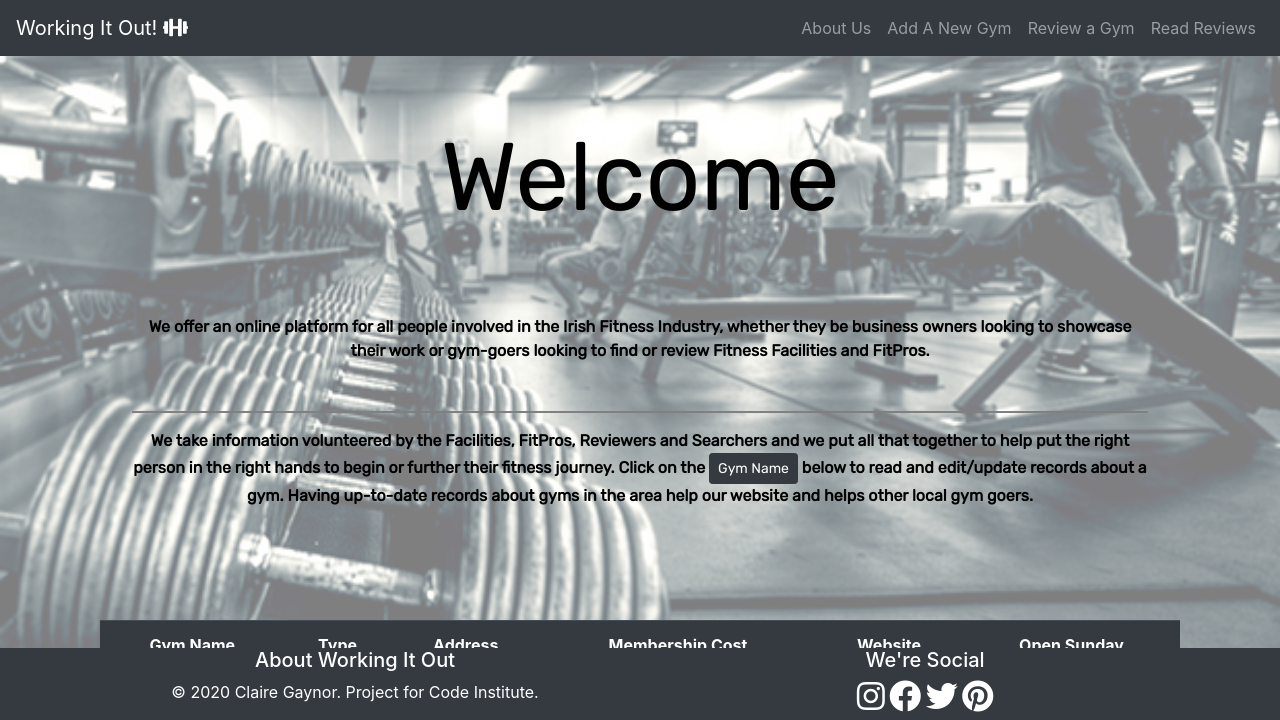
Repository: cgaynor91/Working_It_Out
Page: http://localhost/
The author's editor kept a record of every edit. The page is drawn from the files as they stood at one moment, then again after the next edit.
The browser window is 1280 px wide. The pictures show the whole page.
Some web libraries are served in a nearby version. The page is served by the project's application, run on Flask 3 (app.py). Queries for data that is not in the repository find no rows.

Above is the page before.

### templates/home.html
{% extends 'base.html'%} {% block content %}

<div class="container-fluid">
 <div class="container justify-content-center">
  <div class="col-12 jumbo-text">
   <div class="jumbotron">
    <h1 class="display-3">Welcome</h1>
    <p class="welcome-para"></b>We offer an online platform for all people involved in the Irish Fitness Industry, whether they be business owners looking to showcase their work or gym-goers looking to find or review Fitness Facilities and FitPros.</p>
    <hr>
    <p class="welcome-para">We take information volunteered by the Facilities, FitPros, Reviewers and Searchers and we put all that together to help put the right person in the right hands to begin or further their fitness journey. Click on the <button type="button" class="btn btn-dark btn-sm">Gym Name</button>     below to read and edit/update records about a gym. Having up-to-date records about gyms in the area help our website and helps other local gym goers.</p>
   </div>
  </div>
 </div>



 <!-- Table of gym Data -->

 <div class="container">
  <div class="col-12 col-md-8 table-responsive table-data">
   <table class="table table-hover">
    <thead class="thead-dark">
     <tr>
      <th scope="col">Gym Name</th>
      <th scope="col">Type</th>
      <th scope="col">Address</th>
      <th scope="col">Membership Cost</th>
      <th scope="col">Website</th>
      <th scope="col">Open Sunday</th>
     </tr>
    </thead>
    <tbody>

     {% for gym in gyms %}
     <tr>
      <td><a class="btn btn-outline-dark btn-home" href="{{url_for('edit_gym', gym_id=gym._id)}}" role="button">{{gym.gym_name}}</a></td>
      <td>{{gym.gym_type}}</td>
      <td>{{gym.gym_address}}</td>
      <td>{{gym.cost}}</td>
      <td>{{gym.gym_url}}</td>
      <td>{{gym.open_sunday}}</td>
     </tr>
     {% endfor %}
    </tbody>
   </table>
</div>
</div>

  {% endblock %}

### templates/base.html
<!DOCTYPE html>
<html>

<head>
    <link href="https://fonts.googleapis.com/css?family=Rubik&display=swap" rel="stylesheet">
    <link rel="stylesheet" href="https://stackpath.bootstrapcdn.com/bootstrap/4.4.1/css/bootstrap.min.css">
    <link rel="stylesheet" href="https://cdnjs.cloudflare.com/ajax/libs/font-awesome/5.12.0/css/all.min.css" />
    <link rel="stylesheet" href="{{ url_for('static', filename='css/style.css') }}" type="text/css" />
    <title>Working It Out!</title>
</head>

<body>
    <header>
        <!-- Navbar taken from Bootstrap -->
        <nav class="navbar navbar-expand-md navbar-dark bg-dark home-text">
            <a class="navbar-brand" href="{{url_for('get_gyms')}}">Working It Out! <i
                    class="fas fa-dumbbell"></i></a>
            <button class="navbar-toggler" type="button" data-toggle="collapse" data-target="#navbarNavAltMarkup" aria-controls="navbarNavAltMarkup" aria-expanded="false" aria-label="Toggle navigation">
                <span class="navbar-toggler-icon"></span>
            </button>
            <div class="collapse navbar-collapse" id="navbarNavAltMarkup">
                <div class="navbar-nav ml-auto">
                    <a class="nav-item nav-link" href="{{url_for('about')}}">About Us</a>
                    <a class="nav-item nav-link" href="{{url_for('add_new_gym')}}">Add A New Gym</a>
                    <a class="nav-item nav-link" href="{{url_for('gym_review')}}">Review a Gym</a>
                    <a class="nav-item nav-link" href="{{url_for('read_review')}}">Read Reviews</a>


                </div>
            </div>

        </nav>
    </header>

    <!-- Background image -->
    <div class="container-fluid bg"></div>


    {% block content %} {% endblock %}

    <!--Footer-->
    <footer class="fixed-bottom">
        <div class="container">
            <div class="row">
                <div class="col l6 s12">
                    <h5>About Working It Out</h5>
                    <p> © 2020 Claire Gaynor. Project for Code Institute.</p>
                </div>
                <div class="col l4 offset-l2 s12">
                    <h5>We're Social</h5>
                    <a href="https://www.instagram.com/" target="_blank"><i class="fab fa-instagram fa-2x" style="color:white"></i></a>
                    <a href="https://www.facebook.com/" target="_blank"><i class="fab fa-facebook fa-2x" style="color:white"></i></a>
                    <a href="https://www.twitter.com/" target="_blank"><i class="fab fa-twitter fa-2x" style="color:white"></i>
                    <a href="https://www.pinterest.com/" target="_blank"><i class="fab fa-pinterest fa-2x" style="color:white"></i></a>
                </div>
            </div>
        </div>
    </footer>



    <script src="https://code.jquery.com/jquery-3.4.1.slim.min.js"></script>
    <script src="https://cdn.jsdelivr.net/npm/popper.js@1.16.0/dist/umd/popper.min.js"></script>
    <script src="https://stackpath.bootstrapcdn.com/bootstrap/4.4.1/js/bootstrap.min.js"></script>
</body>

</html>

### app.py
import os
from flask import Flask, render_template, redirect, request, url_for
from flask_pymongo import PyMongo
from bson.objectid import ObjectId

app = Flask(__name__)
app.config["MONGO_DBNAME"] = 'working_it_out'
app.config["MONGO_URI"] = os.getenv('MONGO_URI')

mongo = PyMongo(app)


@app.route('/')
@app.route('/get_gyms')
def get_gyms():
    return render_template("home.html", gyms=mongo.db.gyms.find())

@app.route("/about")
def about():
    return render_template("about.html")


@app.route("/add_new_gym")
def add_new_gym():
    return render_template("add_gym.html")

# Sends the data that the user inserts to the database

@app.route("/insert_gym", methods=['POST'])
def insert_gym():
    gym = mongo.db.gyms
    gym.insert_one({
        'gym_name': request.form.get('Gym Name'),
        'gym_type': request.form.get('Gym Type'),
        'address':request.form.get('Gym Address'),
        'cost':request.form.get('Membership Cost'),
        'gym_url':request.form.get('Gym Website'),
        })
    return redirect(url_for('get_gyms'))


# Allows user to update information about a gym

@app.route("/edit_gym/<gym_id>")
def edit_gym(gym_id):
    the_gym = mongo.db.gyms.find_one({"_id": ObjectId(gym_id)})
    return render_template("update_gym.html", gym=the_gym)

@app.route("/update_gym/<gym_id>", methods=["POST"])
def update_gym(gym_id):
    gym = mongo.db.gyms
    gym.update({'_id': ObjectId(gym_id)}, {
        'gym_name' : request.form.get('gym_name'),
        'status' : request.form.get('gym_type'),
        'address' : request.form.get('gym_address'),
        'cost' : request.form.get('cost'),
        'gym_url' : request.form.get('gym_url')
    })
    return redirect(url_for('get_gyms'))

# Delete option for a user if they wish to delete a review they wrote or delete a review written by someone else that may be incorrect

@app.route("/delete_gym/<gym_id>")
def delete_gym(gym_id):
    mongo.db.gyms.remove({'_id': ObjectId(gym_id)})
    return redirect(url_for('get_gyms'))

@app.route("/leave_review")
def gym_review():
    return render_template("gym_review.html", gyms=mongo.db.gyms.find())

# Sends the data that the user inserts to the database

@app.route("/gym_review", methods=['POST'])
def insert_review():
    review = mongo.db.reviews
    review.insert_one(request.form.to_dict())
    return redirect(url_for('gym_review'))


@app.route("/read_review")
def read_review():
    return render_template("read_reviews.html", reviews=mongo.db.reviews.find())

if __name__ == '__main__':
    app.run(host=os.environ.get('IP'),
            port=int(os.environ.get('PORT')),
            debug=True)

### static/css/style.css
@import url('https://fonts.googleapis.com/css?family=Rubik&display=swap');

.body {
    min-height: 100%;
    font-family: 'Rubik', sans-serif;
}

.container-fluid {
    text-align: center;
}


.container-fluid_reviews {
    text-align: left;
}

.display-3 {
    font-size: 6rem;
    font-weight: 300;
    line-height: 1.2;
    margin-bottom: 5rem;
    font-family: 'Rubik', sans-serif;
}

hr {
    border: 1px solid grey;
}

.welcome-para {
    margin-top: 0px;
    margin-bottom: 3rem;
    font-family: 'Rubik', sans-serif;
}

.col-12 {
    -ms-flex: 0 0 100%;
    flex: 0 0 100%;
    max-width: 100%;
}

.bg {
    background-image: url(../images/bg-image.png);
    background-size: cover;
    height: 100%;
    overflow: hidden;
    position: fixed;
    width: 100%;
    opacity: 0.5;
    z-index: -1;
}

.jumbotron {
    background-color: transparent;
    margin-bottom: 0px;
}

.jumbo-text {
    color: #000;
    font-weight: bolder;
}

.btn-home {
    font-weight: bold;
    min-width: 250px;
}

.table td,
.table th {
    padding: .75rem;
    vertical-align: top;
    border-top: 1px solid #dee2e6;
    font-weight: bolder;
}




.fixed-bottom {
    background-color: #343a40;
    color: #fff;
}




/*

After the next edit:
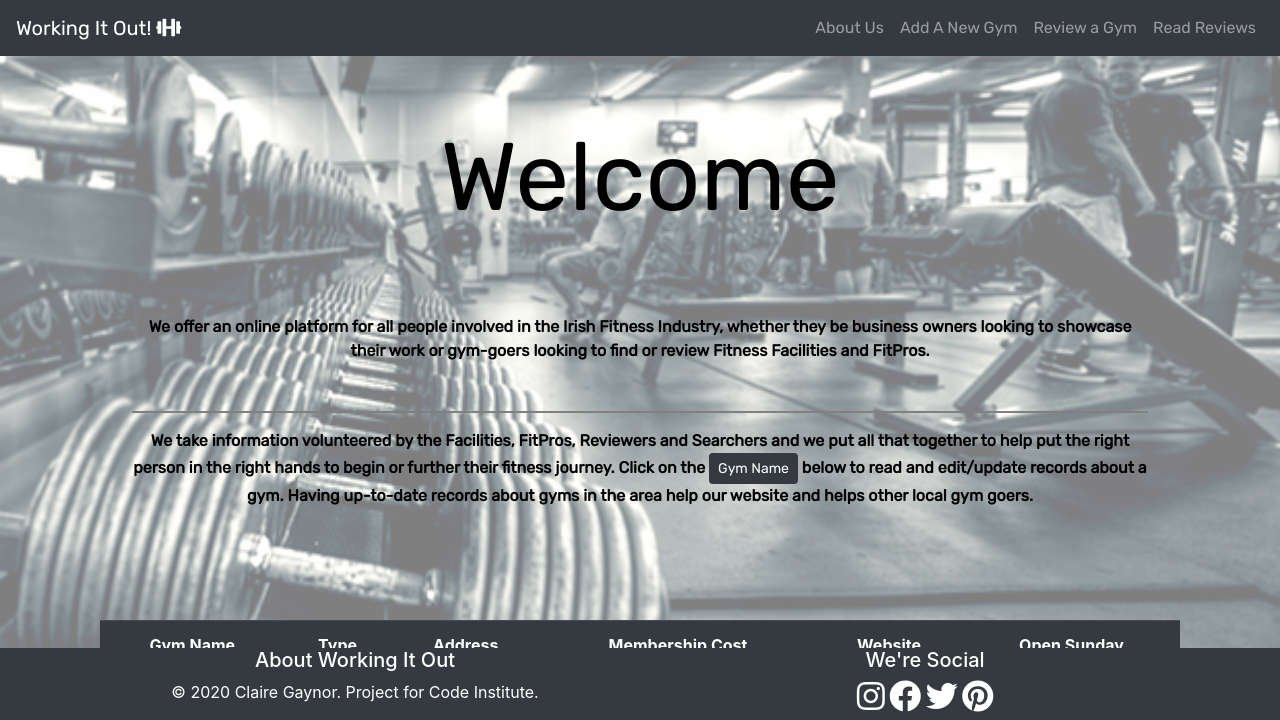
The edit:
--- a/static/css/style.css
+++ b/static/css/style.css
@@ -24,6 +24,10 @@
 
 hr {
     border: 1px solid grey;
+}
+
+.home-text {
+    font-family: 'Rubik', sans-serif;
 }
 
 .welcome-para {
